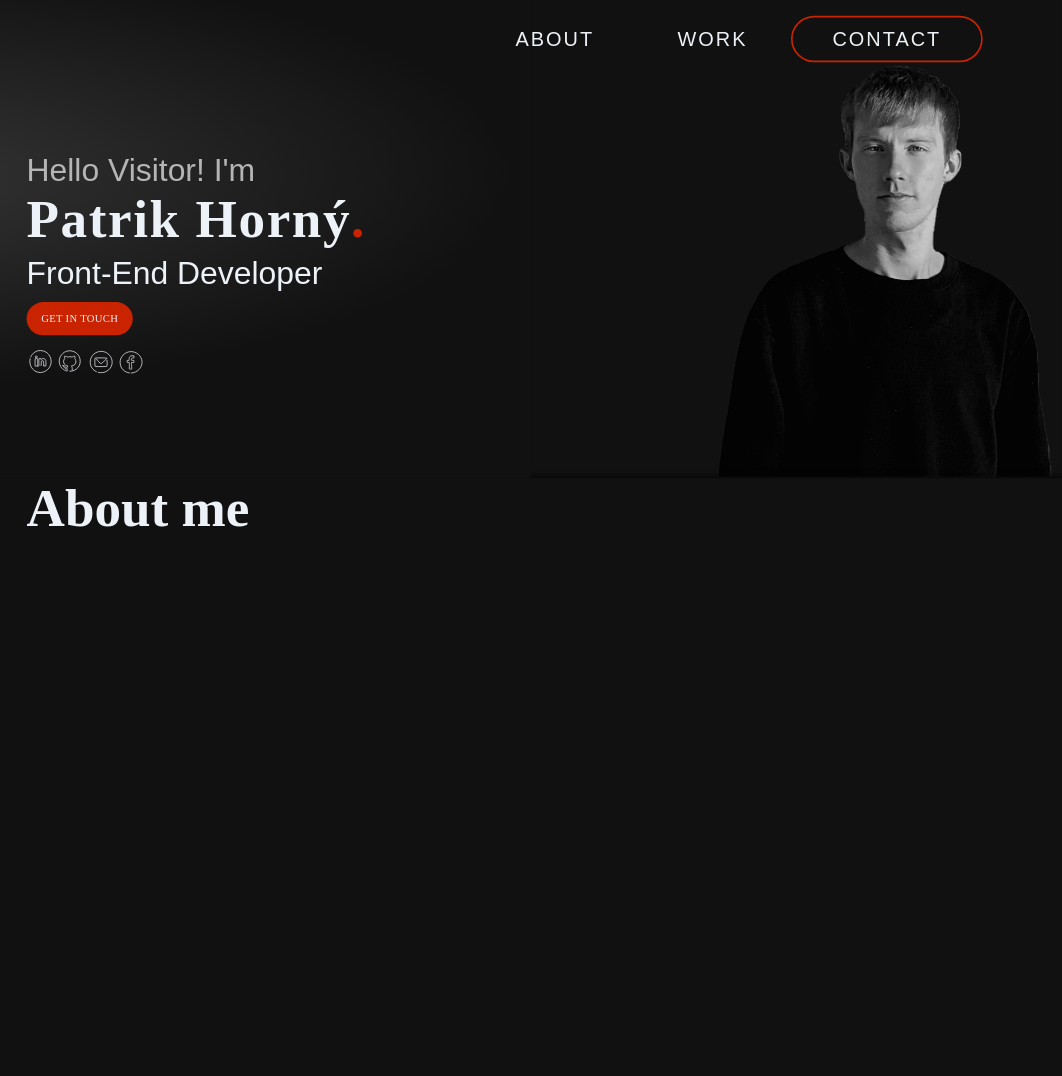
Repository: Spreceriany/portfolio
Page: index.html
The author's editor kept a copy of each file at every save. The page is drawn from the files as they stood at one save, then again after the next save.
The browser window is 1280 px wide. The pictures show the whole page, at 83% of full size.
Some web fonts or font styles are not loaded; a fallback is used. The style sheet was rebuilt from its Sass, Less or Tailwind sources for each picture, by a compiler version that may differ from the author's.

Above is the page before, as saved 2021-03-08 12:10:16.

### index.html
<!DOCTYPE html>
<html lang="en">

<head>
    <meta charset="UTF-8">
    <meta http-equiv="X-UA-Compatible" content="IE=edge">
    <meta name="viewport" content="width=device-width, initial-scale=1.0">
    <title>Patrik Horny | Portfolio</title>
    <link rel="stylesheet" href="css/style.css">
    <link rel="preconnect" href="https://fonts.gstatic.com">
    <link href="https://fonts.googleapis.com/css2?family=Asul&family=Chivo:wght@900&display=swap" rel="stylesheet">
</head>

<body>
    <header>
        <nav>
            <ul>
                <li><a href="#">About</a></li>
                <li><a href="#">Work</a></li>
                <li><a href="#">Contact</a></li>
            </ul>
            <div class="burger">
                <div class="line1"></div>
                <div class="line2"></div>
                <div class="line3"></div>
            </div>
        </nav>
    </header>

    <main>
        <section class="hero">
            <div class="hero__left-col">
                <p class="gray">Hello Visitor! I'm</p>
                <h1>Patrik Horný<span class="orange">.</span></h1>
                <p>Front-End Developer</p>
                <a href="#" class="btn">Get in touch</a>
                <ul>
                    <li><a href="#">
                        <?xml version="1.0" ?><svg height="256px" id="Layer_1" version="1.1" viewBox="0 0 256 256" width="256px" xml:space="preserve" xmlns="http://www.w3.org/2000/svg" xmlns:xlink="http://www.w3.org/1999/xlink"><path class="st0" d="M34.367,105.308c-15.255,58.994,21.499,118.714,77.309,130.865c54.491,11.864,108.741-24.931,122.132-78.209  c13.576-54.011-18.103-112.414-72.055-127.246C77.289,8.035,39.505,84.527,39.501,88.37"/><path class="st0" d="M106.662,168.972c-0.36-21.051,0.978-61.432-0.945-63.422  c-1.923-1.99-17.046-7.923-19.883-12.471c-2.838-4.548-2.011-13.662,8.126-13.674s11.419,8.666,8.78,14.31  c-2.64,5.644-17.584,9.811-19.288,12.105c-1.704,2.294-2.429,68.28,0,69.899c2.429,1.619,32.926,1.484,35.624-0.54  c2.699-2.024-3.374-67.47,0-69.09s17.407-1.889,19.162-1.079c1.754,0.81,0.675,7.692,1.889,8.366  c1.214,0.675,10.171-11.177,24.289-9.446c10.46,1.282,19.837,10.121,21.321,18.892s0.899,34.545,0.54,51.817  c-7.197,0.27-14.394,0.675-21.59,0.945c-0.27-14.574,1.08-33.6-0.81-43.586c-1.889-9.986-22.328-9.849-22.13,0  s1.619,43.586-2.699,43.451" id="linkedin"/></svg>
                    </a></li>
                    <li><a href="#">
                        <?xml version="1.0" ?><svg height="256px" id="Layer_2" version="1.1" viewBox="0 0 256 256" width="256px" xml:space="preserve" xmlns="http://www.w3.org/2000/svg" xmlns:xlink="http://www.w3.org/1999/xlink"><path class="st0" d="M128.1,222.073"/><path class="st0" d="M130.164,226.986c63.917-3.557,108.667-52.057,97.259-116.5c-9.288-52.47-60.722-87.613-112.739-80.577  C61.952,37.041,21.39,85.877,27.386,139.004c5.689,47.857,35.128,70.23,59.685,80.335c5.717,2.353,13.401,5.785,15.997,5.229  c2.596-0.556,1.763-14.95,1.763-21.889c-16,2.459-21.475-3.841-24.875-7.563c-3.857-4.222-6.125-8.563-10.063-14.938  s-11.063-4.875-11.813-8.563s15-2.688,26.313,11.25c8.188,10.146,16.928,7.089,21.625,4.188c0.154-1.612,0.526-3.775,1.438-6.188  c0.967-2.557,3.625-4.104,3.208-5.854c-0.417-1.75-21.804-0.577-34-17.667c-8.809-12.344-9.129-26.955-5.667-37.833  c2.322-7.297,6.196-12.443,8.833-15.417c-1.011-2.162-2.513-6.109-2.583-11.25c-0.076-5.549,1.554-9.796,2.583-12  c3.492,0.104,8.54,0.644,14.25,2.667c5.469,1.937,9.593,4.542,12.333,6.583c4.975-1.671,12.218-3.489,21.083-3.667  c10.135-0.203,18.344,1.819,23.667,3.583c2.616-2.336,6.987-5.648,13.167-7.917c4.489-1.648,8.518-2.229,11.5-2.417  c1.143,2.165,3.075,6.519,3.167,12.332c0.085,5.351-1.426,9.47-2.416,11.664c2.867,3.459,7.394,9.875,9.502,18.995  c0.751,3.249,4.857,20.981-6.996,36.24c-12.408,15.974-33.06,13.524-33.992,15.73c-0.932,2.206,3.964,6.297,6.266,14.877  c2.302,8.58,1.327,24.979,1.327,24.979"/></svg>
                    </a></li>
                    <li><a href="#">
                        <?xml version="1.0" ?><svg height="256px" id="Layer_3" version="1.1" viewBox="0 0 256 256" width="256px" xml:space="preserve" xmlns="http://www.w3.org/2000/svg" xmlns:xlink="http://www.w3.org/1999/xlink"><path class="st0" d="M90.122,111.336c4.814,10.698,40.475,41.901,43.863,42.08s58.662-49.39,57.057-52.778  S79.246,96.18,76.214,99.568c-3.031,3.388-1.962,78.097,0.713,80.237s111.083,2.318,113.401-1.426  c2.318-3.744,4.814-57.414,1.783-60.623"/><path class="st0" d="M108.268,237.352c59.036,15.089,118.653-21.832,130.648-77.676c11.711-54.524-25.236-108.671-78.551-121.912  C106.315,24.34,48.002,56.183,33.321,110.176c-22.447,84.527,54.151,122.097,57.994,122.09"/></svg>
                    </a></li>
                    <li><a href="#">
                        <?xml version="1.0" ?><svg height="256px" id="Layer_1" version="1.1" viewBox="0 0 256 256" width="256px" xml:space="preserve" xmlns="http://www.w3.org/2000/svg" xmlns:xlink="http://www.w3.org/1999/xlink"><g><path class="st0" d="M118.489,204.01c0.668-30.724-0.583-59.627-0.514-61.433c0.099-2.572-16.945,1.061-19.046-1.053   c-2.101-2.114-3.309-18.205-0.521-19.591s15.355,1.129,18.007-0.526c2.652-1.655-11.513-55.269,46.601-43.421   c1.589,0.795-0.132,18.732-1.059,20.122c-0.927,1.39-12.708-1.787-19.062,3.177c-6.354,4.964-3.707,18.664-2.383,19.591   c1.324,0.927,20.188,0.198,21.445,1.589s1.456,18.798,0,20.122c-1.456,1.324-20.819-2.41-22.769-1.058   c-1.606,1.113,4.224,60.038,2.558,62.373c-1.666,2.335-7.731,2.133-11.56,2.226"/><path class="st0" d="M136.577,243.358c60.912-1.648,108.145-53.478,104.395-110.472c-3.662-55.647-54.02-97.612-108.923-95.753   C76.39,39.017,29.02,85.605,29.68,141.555c1.549,87.443,85.505,102.61,89.2,101.551"/></g></svg>
                    </a></li>
                </ul>
            </div>
            <div class="hero__right-col">
                <img src="./img/my_photo.png" alt="my-photo">
            </div>
        </section>

        <section class="about">
            <div class="about__left-col">
                <h2>About me</h2>
            </div>
        </section>
    </main>


    <script src="js/script.js"></script>

</body>

</html>

### css/style.scss
body {
  font-family: "Asul", "Chivo", sans-serif;
}

* {
  box-sizing: border-box;
  margin: 0;
  padding: 0;
}

$white-ish: #edf2f8;
$orange: #c92300;
$gray: #b5b5b5;

.orange {
  color: $orange;
}

.gray {
  color: $gray;
}

header {
  width: 100%;

  margin: 0 auto;
  min-height: 13vh;
  position: absolute;
  top: 0;
  left: 0;
  right: 0;
  display: flex;
  justify-content: flex-end;
  nav {
    min-height: 10vh;
    display: flex;
    align-items: center;
    top: 0;
    right: 0;
    .burger {
      cursor: pointer;
      margin-right: 2em;
      @media (min-width: 996px) {
        display: none;
      }
      div {
        background-color: $orange;
        margin: .3em;
        transition: transform 500ms ease, opacity 500ms ease, width 500ms ease;
        &:nth-child(1) {
          width: 1.5em;
          height: .15em;
        }
        &:nth-child(2) {
          width: 1em;
          height: .15em;
        }

        &:nth-child(3) {
          width: .6em;
          height: .15em;
        }
      }
    }
    ul {
      margin-left: auto;
      display: none;
      @media (min-width: 992px) {
        display: block;
      }

      li {
        display: inline-block;
        padding: 0.5em 2em;
        font-size: 1.5rem;
        text-transform: uppercase;
        cursor: pointer;

        &:last-of-type {
          border: 2px solid $orange;
          border-radius: 9999px;
          background-image: linear-gradient($orange, $orange);
          background-position: 50% 50%;
          background-repeat: no-repeat;
          background-size: 0% 100%;
          transition: background-size 0.3s;
          margin-right: 4em;
          &:hover {
            background-size: 100% 100%;
          }
        }

        &:not(:last-child) a:hover {
          color: $orange;
        }
        a {
          width: 100%;
          text-decoration: none;
          color: $white-ish;
          letter-spacing: 0.1em;
          transition: color 0.3s ease-out;
        }
      }
    }
  }
}

main {
  margin: 0 auto;
  background-color: black;
}

.btn {
  background-color: $orange;
  padding: 1em 0.7em;
  color: $white-ish;
  border-radius: 9999px;
  width: 10em;
  flex-shrink: 0;
  text-align: center;
  text-decoration: none;
  text-transform: uppercase;
  font-family: "Chivo";
  letter-spacing: 0.03em;
  margin: 1em 0;
  font-size: 0.8rem;
  &:hover {
    background-color: transparent;
  }
}

.hero {
  width: 100%;

  margin: 0 auto;
  min-height: 80vh;
  background: radial-gradient(
    59.93% 44.1% at -11.63% 36.77%,
    #343434 0%,
    #111111 100%
  );
  display: grid;
  align-items: center;
  justify-content: center;
  color: $white-ish;
  grid-template-columns: 1fr;

  @media (min-width: 556px) {
    grid-template-columns: 1fr 1fr;
  }

  svg {
    width: 100%;
    height: 100%;
    fill: none;
    stroke: #edf2f8;
    stroke-width: 7;
    stroke-linecap: round;
    stroke-linejoin: round;
    stroke-miterlimit: 10;
    transition: stroke 0.3s, transform 0.3s ease-in;
    &:hover {
      stroke: $orange !important;
      transform: translateY(-2px);
    }
  }

  &__left-col {
    display: flex;
    flex-direction: column;
    padding-left: 2em;
    padding-top: 4em;
    ul {
      list-style-type: none;
      li {
        display: inline-flex;
        width: 2em;
        img {
          width: 100%;
        }
      }
    }

    p {
      font-size: clamp(1rem, 3vw, 2.5rem);
    }

    h1 {
      font-size: clamp(2rem, 5vw, 6rem);
      margin-bottom: 0.1em;
      letter-spacing: 0.03em;
      font-family: 'Chivo';
    }
  }

  &__right-col {
    position: relative;
    height: 100%;
    &::after{
      content: '';
      position: absolute;
      width: 100%;
      height: 100%;
      bottom: 0;
      left: 0;
      box-shadow: inset 0 -10px 10px -10px #000000;

    }
    img {
      position: absolute;
      width: 70%;
      right: 0;
      bottom: 0;
    }
  }
}

.about{
  width: 100%;
  height: 100vh;
  background-color: #111111;
  color: $white-ish;
  &__left-col{
    padding-left:2em ;
    h2{
      font-family: 'Chivo';
       font-size: clamp(2rem, 5vw, 6rem);
    }
  }
}

Loaded but not shown: js/script.js (no copy from this time; the picture is the same without it)

After the next save:
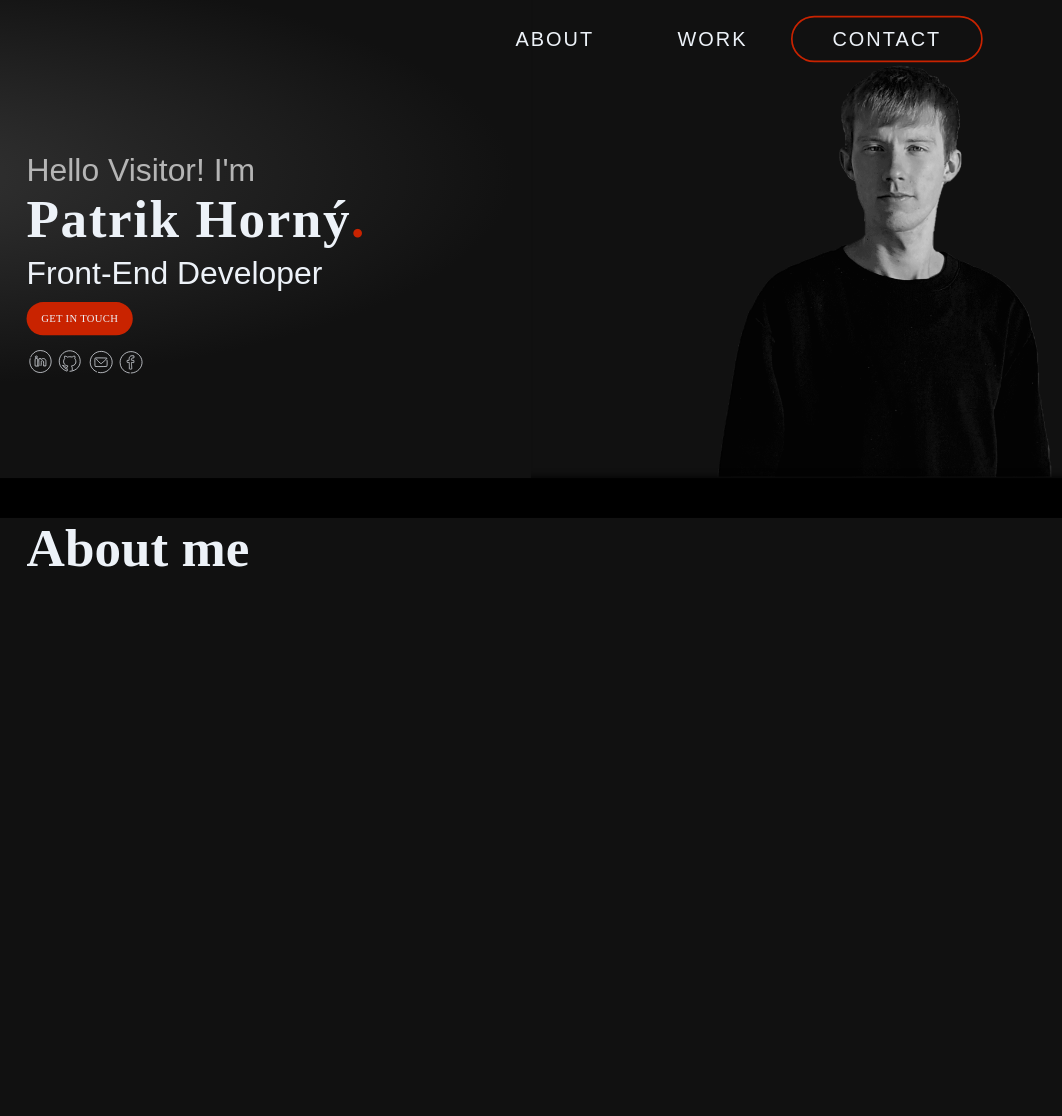
Saved 11 s later.
--- a/css/style.scss
+++ b/css/style.scss
@@ -218,13 +218,15 @@ main {
 .about{
   width: 100%;
   height: 100vh;
+  margin-top: 3em;
   background-color: #111111;
   color: $white-ish;
   &__left-col{
     padding-left:2em ;
     h2{
       font-family: 'Chivo';
-       font-size: clamp(2rem, 5vw, 6rem);
-    }
-  }
-}
+
+      font-size: clamp(2rem, 5vw, 6rem);
+    }
+  }
+}
